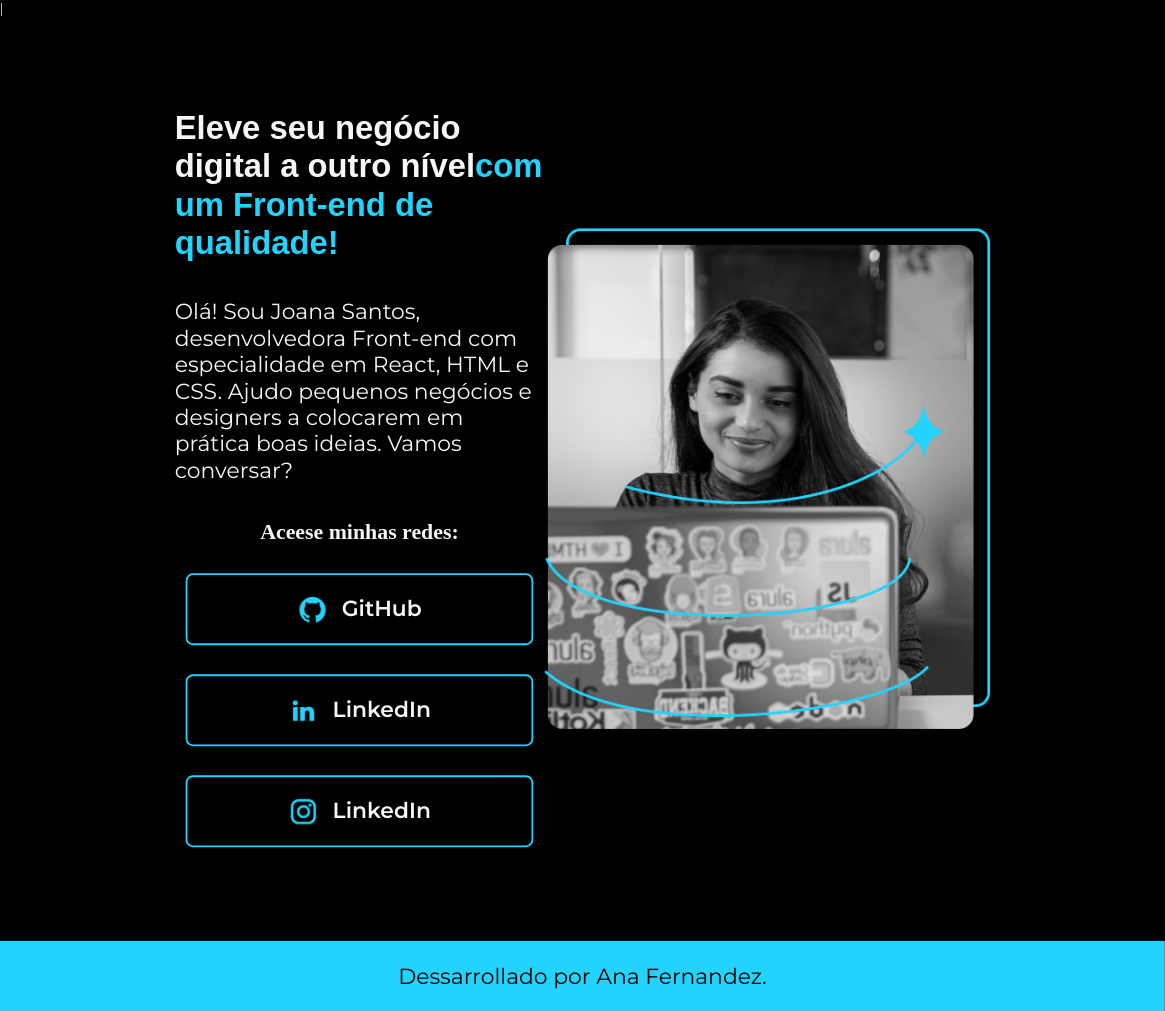
Repository: AnaFzCz/Portifolio-HTML-CSS-dinamico
Page: index.html
These files come from the project's save history. The page is drawn as it stood at one moment and after the next save; the edit follows.
The browser window is 1280 px wide. The pictures show the whole page, at 91% of full size.
Some web fonts or font styles are not loaded; a fallback is used.

Above is the page before, as saved 2025-02-09 07:07:04.

### index.html
|
<!DOCTYPE html>
<html lang="pt-br">

<head>
    <meta charset="UTF-8">
    <meta http-equiv="X-UA-Compatible" content="IE=edge">
    <meta name="viewport" content="width=device-width, initial-scale=1.0">
    <title>Portifolio</title>
    <link rel="stylesheet" href="style.css">
</head>
<nav>

</nav>

<body>
    <header>

    </header>
    <main class="apresentacao">
        <section class="apresentacao__conteudo">
            <h1 class="apresentacao__conteudo__titulo">Eleve seu negócio digital a outro nível<strong
                    class="titulo-destaque">com um Front-end de qualidade!
                </strong></h1>
            <p class="apresentacao__conteudo__texto">Olá! Sou Joana Santos, desenvolvedora
                Front-end com especialidade em React, HTML e
                CSS. Ajudo pequenos negócios e designers a
                colocarem em prática boas ideias. Vamos
                conversar?</p>
            <div class="apresentacao__links">
                <h2 class="apresentacao__links_subtitulo">Aceese minhas redes:</h2>
                <a class="apresentacao__links__link" href="https://github.com/AnaFzCz">
                    <img src="/assets/github.png">
                    GitHub</a>
                <a class="apresentacao__links__link" href="https://linkdIn.com/in/ana-fernandez-cruz-238787124">
                    <img src="/assets/linkedin.png">
                    LinkedIn</a>
                <a class="apresentacao__links__link" href="https://instagram.com/anafzcz">
                    <img src="/assets/instagram.png">
                    LinkedIn</a>

            </div>

        </section>
        <img src="/assets/Imagem.png" alt="Foto da Joana Santos programando">
    </main>
    <footer class="rodape">
        <p>
            Dessarrollado por Ana Fernandez.
        </p>
    </footer>
</body>

</html>

### style.css
@import url('https://fonts.googleapis.com/css2?family=Krona+One&family=Montserrat:wght@400;600&display=swap');

* {
    margin: 0;
    padding: 0;
}

body {
    /* height: 100vh; */
    box-sizing: border-box;
    background-color: #000000;
    color: #F6F6F6;
}

.titulo-destaque {
    color: #22D4FD;
}

.apresentacao {
    padding: 8% 15%;
    display: flex;
    align-items: center;
    justify-content: space-between;
}

.apresentacao__conteudo {
    width: 615px;
    display: flex;
    flex-direction: column;
    gap: 40px;
}

.apresentacao__conteudo__titulo {
    font-size: 36px;
    font-family: 'Krona One', sans-serif;
}

.apresentacao__conteudo__texto {
    font-size: 24px;
    font-family: 'Montserrat', sans-serif;
}

.apresentacao__links {
    display: flex;
    flex-direction: column;
    justify-content: space-between;
    align-items: center;
    gap: 32px;
}

.apresentacao__links__subtitulo {
    font-family: 'Krona One', sans-serif;
    font-weight: 400;
    font-size: 24px;
}

.apresentacao__links__link {
    /* background-color: #22D4FD; */
    display: flex;
    justify-content: center;
    gap: 16px;
    border: 2px solid #22D4FD;
    width: 378px;
    text-align: center;
    border-radius: 8px;
    font-size: 24px;
    font-weight: 600;
    padding: 21.5px 0;
    text-decoration: none;
    color: #F6F6F6;
    font-family: 'Montserrat', sans-serif;
}

.apresentacao__links__link:hover {
    cursor: pointer;
    background-color: #272727;
    border: 2px solid #0000FF;
}

.rodape {
    padding: 24px;
    color: #000000;
    background-color: #22D4FD;
    text-align: center;
    font-family: 'Montserrat', sans-serif;
    font-size: 24px;
    font-weight: 400;
}

After the next save:
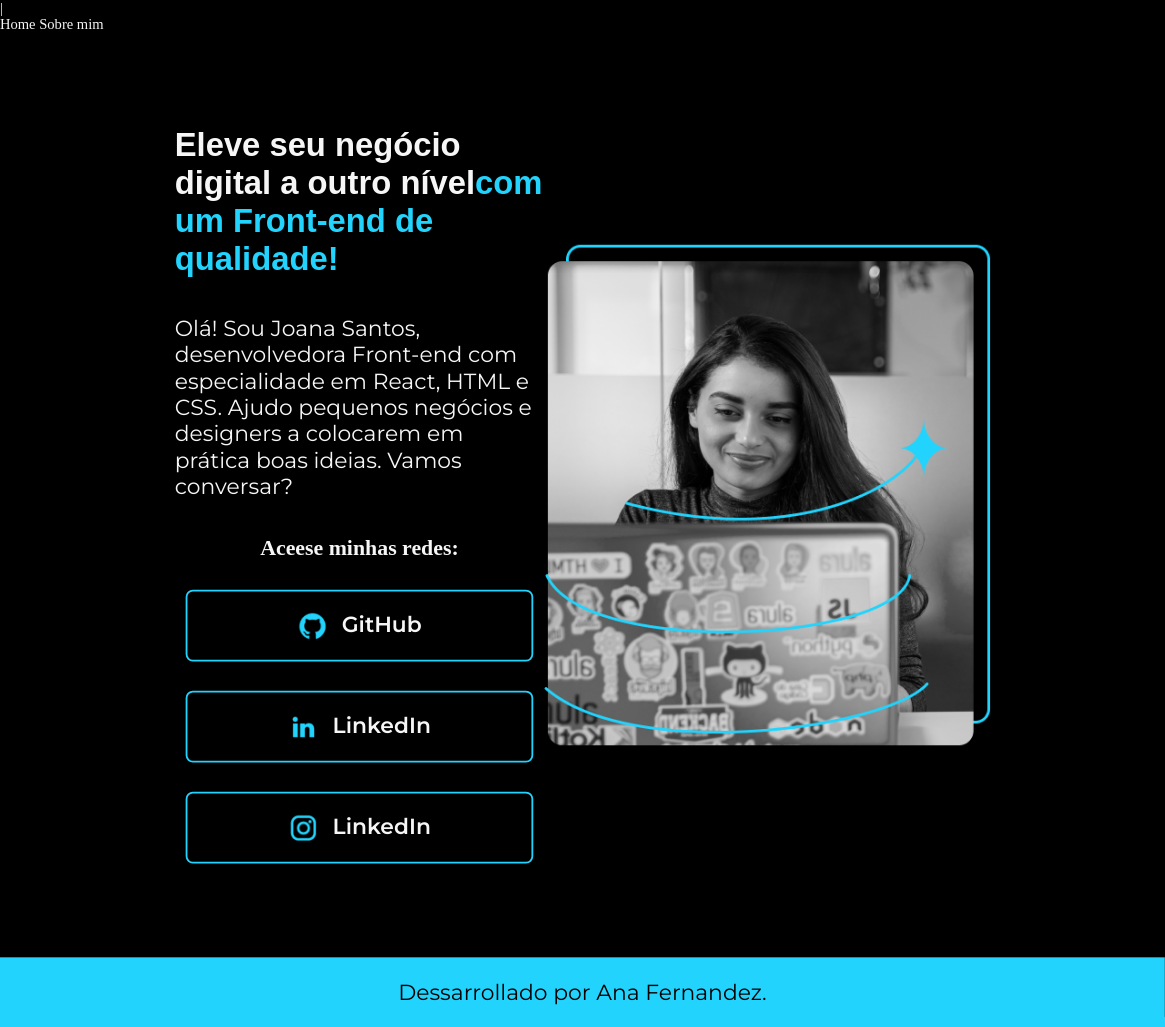
Saved 76 s later.
--- a/index.html
+++ b/index.html
@@ -10,7 +10,8 @@
     <link rel="stylesheet" href="style.css">
 </head>
 <nav>
-
+    <a>Home</a>
+    <a>Sobre mim</a>
 </nav>
 
 <body>

After the 4 saves that followed:
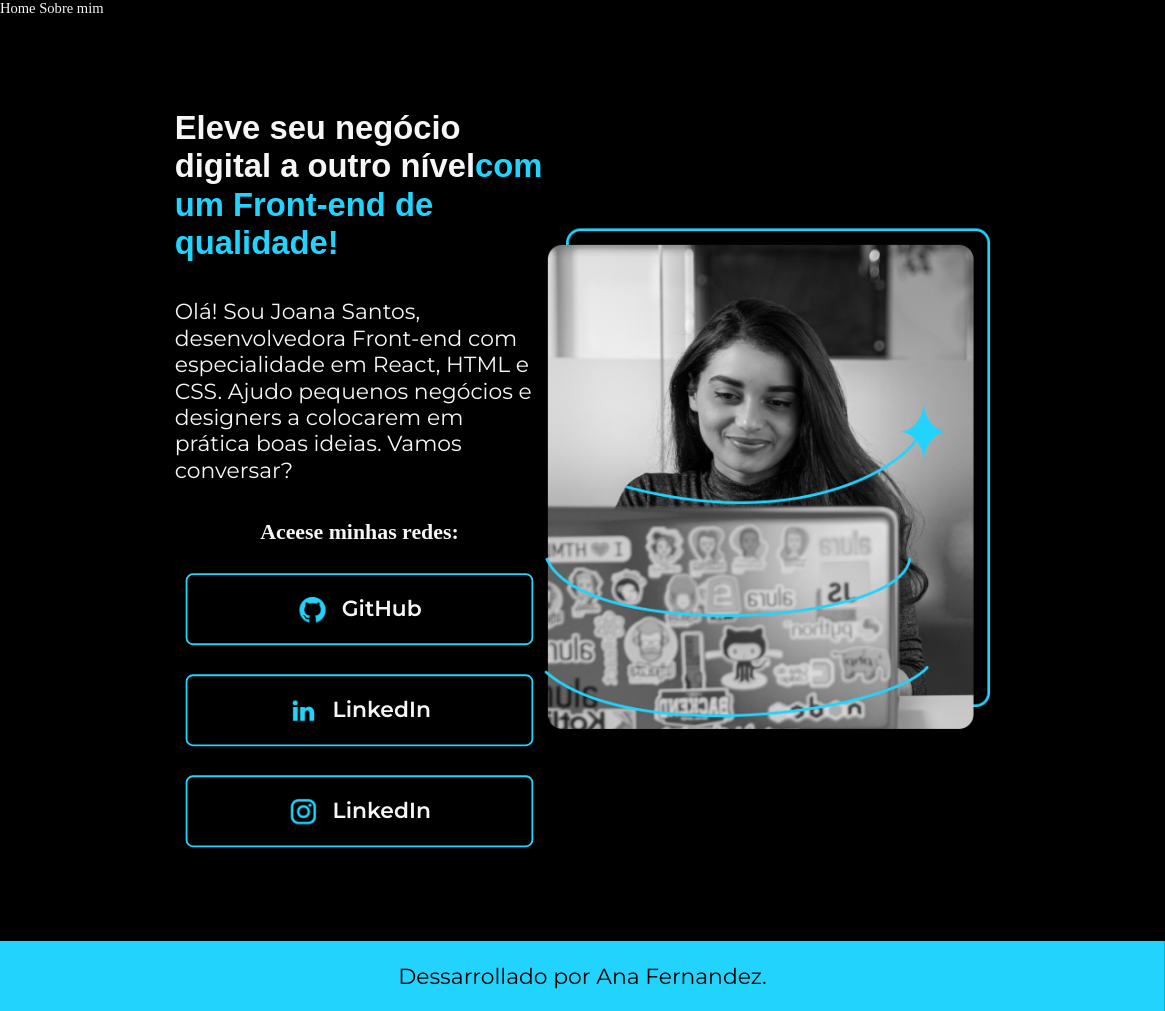
The 4 saves are shown as one change because 3 left the picture as it was.
The last was saved 5 min 19 s later.
--- a/index.html
+++ b/index.html
@@ -1,4 +1,4 @@
-|
+
 <!DOCTYPE html>
 <html lang="pt-br">
 
@@ -9,14 +9,14 @@
     <title>Portifolio</title>
     <link rel="stylesheet" href="style.css">
 </head>
-<nav>
-    <a>Home</a>
-    <a>Sobre mim</a>
-</nav>
+
 
 <body>
-    <header>
-
+    <header class="cabecalho">
+        <nav class="cabecalho__menu">
+            <a class="cabecalho__menu__link">Home</a>
+            <a class="cabecalho__menu__link">Sobre mim</a>
+        </nav>
     </header>
     <main class="apresentacao">
         <section class="apresentacao__conteudo">
